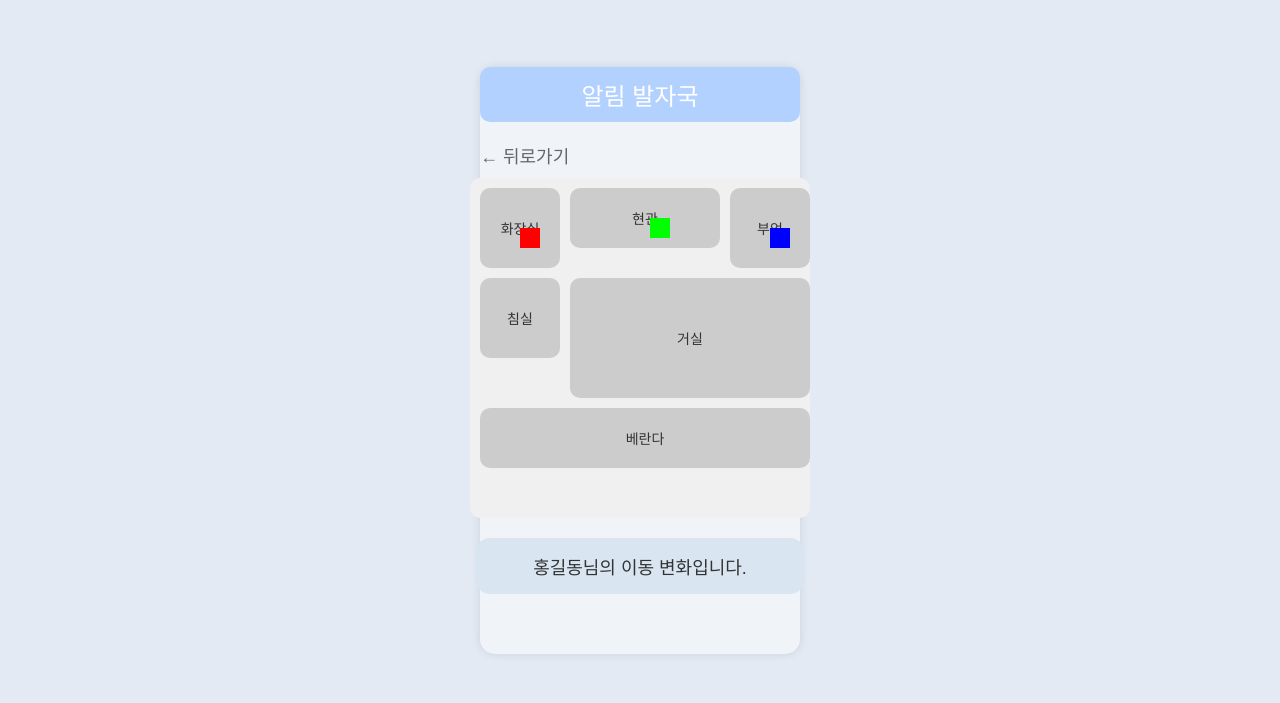
Repository: step-by-steps/step_by_steps_web
Page: http://localhost/step2
An editor plug-in stored every save of this project. The page is shown before and after the next save, followed by the edit.
The browser window is 1280 px wide. The pictures show the whole page.
The page is served by the project's application, run on Flask 3 (main.py). The session is filled in as if someone had signed in: {"username": "testuser"}. Queries for data that is not in the repository find no rows.

Above is the page before, as saved 2024-08-19 01:28:07.

### templates/step2.html
<!DOCTYPE html>
<html lang="ko">
<head>
    <meta charset="UTF-8">
    <meta name="viewport" content="width=device-width, initial-scale=1.0">
    <title>알림이</title>
    <style>
        body {
            font-family: Arial, sans-serif;
            margin: 0;
            padding: 0;
            background-color: #E3EAF3;
            display: flex;
            justify-content: center; /* 페이지 전체를 중앙 정렬 */
            align-items: center;
            min-height: 100vh; /* 화면 전체 높이 사용 */
        }
        .container {
            display: flex;
            flex-direction: column;
            align-items: center;
            background-color: #F0F4F8;
            padding: 0px;
            width: 120%;
            max-width: 320px;
            border-radius: 15px;
            box-shadow: 0 0 10px rgba(0, 0, 0, 0.1);
            position: relative;
        }
        .title {
            font-size: 24px;
            color: #ffffff;
            text-align: center;
            margin-bottom: 20px;
            background-color: #b3d1ff;
            width: 100%;
            padding: 10px 0;
            border-radius: 10px;
            position: sticky;
            top: 0;
            z-index: 1000;
        }
        .back-button {
            align-self: flex-start;
            margin-bottom: 10px;
            font-size: 18px;
            color: #666;
            text-decoration: none;
        }
        .layout {
            position: relative;
            width: 100%;
            max-width: 320px;
            height: 320px;
            margin-bottom: 20px;
            background-color: #f0f0f0;
            border-radius: 10px;
            padding: 10px;
        }
        .room {
            position: absolute;
            background-color: #cccccc;
            display: flex;
            justify-content: center;
            align-items: center;
            border-radius: 10px;
            font-size: 14px;
            color: #333;
        }
        /* 방 위치 조정 */
        .room.화장실 { top: 10px; left: 10px; width: 80px; height: 80px; }
        .room.현관 { top: 10px; left: 100px; width: 150px; height: 60px; }
        .room.부엌 { top: 10px; left: 260px; width: 80px; height: 80px; }
        .room.침실 { top: 100px; left: 10px; width: 80px; height: 80px; }
        .room.거실 { top: 100px; left: 100px; width: 240px; height: 120px; }
        .room.베란다 { top: 230px; left: 10px; width: 330px; height: 60px; }

        /* 알림 버튼 위치 및 색상 */
        .alert_button {
            position: absolute;
            width: 20px;
            height: 20px;
        }
        .alert_button1 { top: 50px; left: 50px; background-color: #FF0000; } /* location1 - 빨간색 */
        .alert_button2 { top: 40px; left: 180px; background-color: #00FF00; } /* location2 - 초록색 */
        .alert_button3 { top: 50px; left: 300px; background-color: #0000FF; } /* location3 - 파란색 */

        .text-box {
            background-color: #d9e6f2;
            color: #333;
            font-size: 18px;
            text-align: center;
            padding: 15px;
            border-radius: 15px;
            width: 100%;
            max-width: 300px;
            margin-bottom: 20px;
        }
        .alerts-container {
            width: 100%;
            max-width: 300px;
            margin-top: 20px;
            padding-top: 20px;
        }
        .alerts {
            list-style-type: none;
            padding: 0;
            margin: 0;
            font-size: 14px;
        }
        .alert {
            background-color: #f8f8f8;
            padding: 10px;
            margin-bottom: 5px;
            border-left: 5px solid;
        }
        .alert.화장실 { border-left-color: #FF0000; } /* 빨간색 */
        .alert.현관 { border-left-color: #00FF00; } /* 초록색 */
        .alert.부엌 { border-left-color: #0000FF; } /* 파란색 */

        .alert span {
            font-weight: bold;
        }
    </style>
    <script>
        window.onload = function() {
            var storedUserName = localStorage.getItem('userName');
            if (storedUserName) {
                document.getElementById('user-name-display').textContent = storedUserName + "님의 ";
            }
        }
    </script>
</head>
<body>

<div class="container">
    <div class="title">알림 발자국</div>

    <!-- 뒤로가기 버튼 -->
    <a href="{{ url_for('index') }}" class="back-button">← 뒤로가기</a>

    <div class="layout">
        <div class="room 화장실">화장실</div>
        <div class="room 현관">현관</div>
        <div class="room 부엌">부엌</div>
        <div class="room 침실">침실</div>
        <div class="room 거실">거실</div>
        <div class="room 베란다">베란다</div>

        <!-- 색이 다른 알림 버튼들 -->
        <div class="alert_button alert_button1"></div>
        <div class="alert_button alert_button2"></div>
        <div class="alert_button alert_button3"></div>
    </div>

    <!-- 분석하기 섹션 -->
    <div class="text-box">
        <span id="user-name-display">홍길동님의 </span>이동 변화입니다.<br>
        {{ analysis_text }}
    </div>

    <!-- 알림 리스트 섹션 -->
    <div class="alerts-container">
        <ul class="alerts">
            {% for alert in sensor_data5 %}
            <li class="alert {% if alert.location == '화장실' %}화장실{% elif alert.location == '현관' %}현관{% elif alert.location == '부엌' %}부엌{% endif %}">
                알림: 사용자가 움직였습니다.
                <br>
                위치: {{ alert['location'] }} <!-- 위치 출력 -->
                <br>
                <span>{{ alert['timestamp'].strftime('%Y-%m-%d %I:%M %p') }}</span>
            </li>
            {% endfor %}
        </ul>
    </div>
</div>

</body>
</html>

### main.py
from flask import Flask, render_template, request, redirect, url_for, session,send_file
import mysql.connector
import matplotlib.pyplot as plt
import pandas as pd
import io
import os

app = Flask(__name__)
app.secret_key = '011'

db_login_data_config = {
    'user': 'ondy',
    'password': '030104',
    'host': '221.155.118.13',
    'database': 'login_data',
    'collation': 'utf8mb4_general_ci'
}

db_sensor_data5_config = {
    'user': 'ondy',
    'password': '030104',
    'host': '221.155.118.13',
    'database': 'sensor_data5',
    'collation': 'utf8mb4_general_ci'
}

db_sensor_data1_config={
    'user': 'ondy',
    'password': '030104',
    'host': '221.155.118.13',
    'database': 'sensor_data1',
    'collation': 'utf8mb4_general_ci'
}


#공통 DB 연결 함수
def get_db_connection(config):
    connection = mysql.connector.connect(**config)
    return connection

#login_data
def get_login_data():
    connection = get_db_connection(db_login_data_config)
    cursor = connection.cursor(dictionary=True)

    query = "SELECT * FROM some_table_in_login_data"
    cursor.execute(query)
    data = cursor.fetchall()

    cursor.close()
    connection.close()

    return data

def get_sensor_data5():
    # sensor_data1 데이터베이스에 연결
    connection = get_db_connection(db_sensor_data5_config)
    cursor = connection.cursor(dictionary=True)

    query = "SELECT event_type, location,timestamp FROM sensor_events WHERE event_type = 'pressed'"
    cursor.execute(query)
    data = cursor.fetchall()

    cursor.close()
    connection.close()

    return data

def get_sensor_data1():
    connection = mysql.connector.connect(**db_sensor_data1_config)
    cursor = connection.cursor(dictionary=True)

    # sensor_data1에서 필요한 데이터 가져오기
    query = "SELECT event_type, timestamp FROM sensor_events"
    cursor.execute(query)
    data = cursor.fetchall()

    cursor.close()
    connection.close()

    return data

def validate_user(username, password):
    """유저 정보 확인 함수"""
    conn = get_db_connection(db_login_data_config)
    cursor = conn.cursor(dictionary=True, buffered=True)  # buffered=True 추가
    cursor.execute("SELECT * FROM users WHERE username=%s AND password=%s", (username, password))
    user = cursor.fetchone()

    cursor.close()
    conn.close()
    return user

@app.route('/')
def home():
    if 'username' in session:
        return redirect(url_for('index'))
    return redirect(url_for('login'))

@app.route('/index')
def index():
    if 'username' in session:
        return render_template('index.html')
    return redirect(url_for('login'))

@app.route('/login', methods=['GET', 'POST'])
def login():
    if request.method == 'POST':
        username = request.form['username']
        password = request.form['password']
        user = validate_user(username, password)
        if user:
            session['username'] = user['username']
            return redirect(url_for('index'))
        else:
            return '로그인 실패'
    return render_template('login.html')

@app.route('/logout')
def logout():
    session.pop('username', None)
    return redirect(url_for('login'))

@app.route('/step1')
def step1():
    if 'username' not in session:
        return redirect(url_for('login'))
    return "Step 1 page"


@app.route('/step2')
def step2():
    if 'username' not in session:
        return redirect(url_for('login'))
    sensor_data5 = get_sensor_data5()
    return render_template('step2.html',sensor_data5=sensor_data5)

@app.route('/step2_image')
def step2_image():
    sensor_data = fetch_sensor_data()
    df = pd.DataFrame(sensor_data)
    df['timestamp'] = pd.to_datetime(df['timestamp'])
    df.set_index('timestamp').resample('W').size().plot(kind='bar', color='blue')
    plt.title('Sensor Events Over Time')
    plt.xlabel('Week')
    plt.ylabel('Event Count')
    plt.tight_layout()

    img = io.BytesIO()
    plt.savefig(img, format='png')
    img.seek(0)
    plt.close()

    return send_file(img, mimetype='image/png')

@app.route('/step3')
def step3():
    if 'username' not in session:
        return redirect(url_for('login'))
    sensor_data1 = get_sensor_data1()
    df = pd.DataFrame(sensor_data1)

    # 날짜를 인덱스로 설정하고, 일별 빈도를 계산
    df['timestamp'] = pd.to_datetime(df['timestamp'])
    df = df.set_index('timestamp')
    daily_data = df.resample('D').size()

    # 최신 두 날짜의 데이터 비교
    if len(daily_data) > 1:
        latest_date = daily_data.index[-1]
        previous_date = daily_data.index[-2]
        latest_value = daily_data[-1]
        previous_value = daily_data[-2]

        difference = latest_value - previous_value
        if difference > 0:
            analysis_text = f"어제보다 {difference}만큼 늘었습니다."
        elif difference < 0:
            analysis_text = f"어제보다 {-difference}만큼 줄었습니다."
        else:
            analysis_text = "어제와 변동이 없습니다."
    else:
        analysis_text = "데이터가 충분하지 않습니다."
    return render_template('step3.html', analysis_text=analysis_text)

@app.route('/plot.png')
def plot_png():
    # 데이터를 Pandas DataFrame으로 변환
    sensor_data1 = get_sensor_data1()
    df = pd.DataFrame(sensor_data1)
    # 날짜를 인덱스로 설정하고, 주별로 빈도를 계산
    df['timestamp'] = pd.to_datetime(df['timestamp'])
    df = df.set_index('timestamp')
    weekly_data = df.resample('D').size()

    # 그래프 생성
    fig, ax = plt.subplots()
    weekly_data.plot(kind='bar', ax=ax, color='blue')
    ax.set_xlabel('Date')
    ax.set_ylabel('Frequency')
    ax.set_title('Usage Frequency')

    # 그래프를 이미지로 변환
    img = io.BytesIO()
    plt.savefig(img, format='png')
    img.seek(0)
    plt.close()

    return send_file(img, mimetype='image/png')

@app.route('/settings')
def settings():
    if 'username' in session:
        return render_template('settings.html')
    return redirect(url_for('login'))

if __name__ == '__main__':
    app.run(debug=True, port=5002)

After the next save:
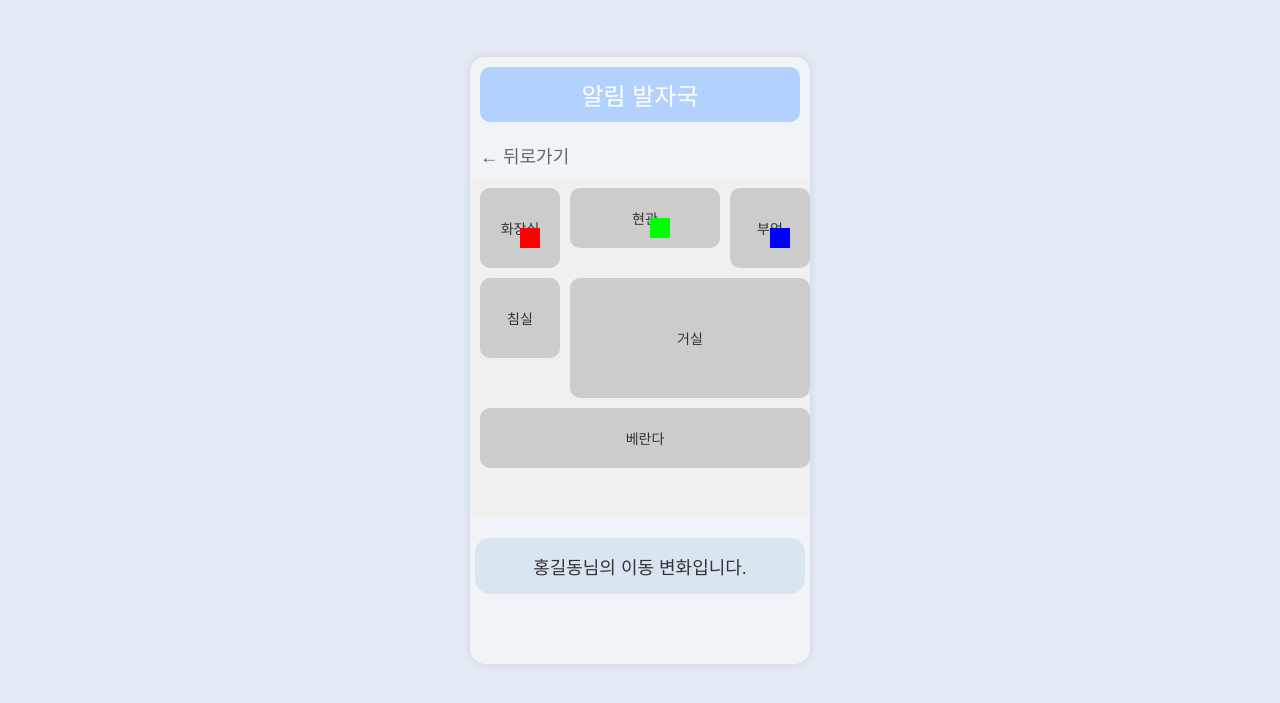
Saved 4 s later.
--- a/templates/step2.html
+++ b/templates/step2.html
@@ -20,7 +20,7 @@
             flex-direction: column;
             align-items: center;
             background-color: #F0F4F8;
-            padding: 0px;
+            padding: 10px;
             width: 120%;
             max-width: 320px;
             border-radius: 15px;
